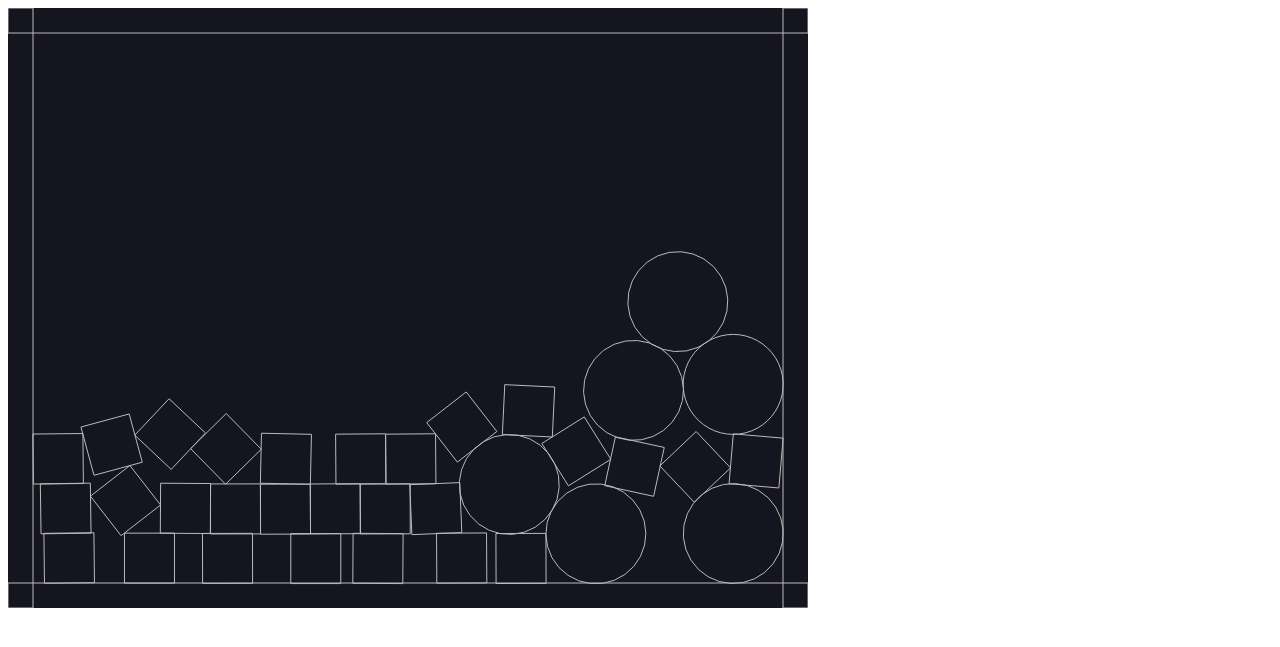
Repository: Sbethm/maze-runner
Page: index.html
An editor plug-in stored every save of this project. The page is shown before and after the next save, followed by the edit.
The browser window is 1280 px wide. The pictures show the whole page.
Some web libraries are served in a nearby version.

Above is the page before, as saved 2021-10-01 16:21:26.

After the next save:
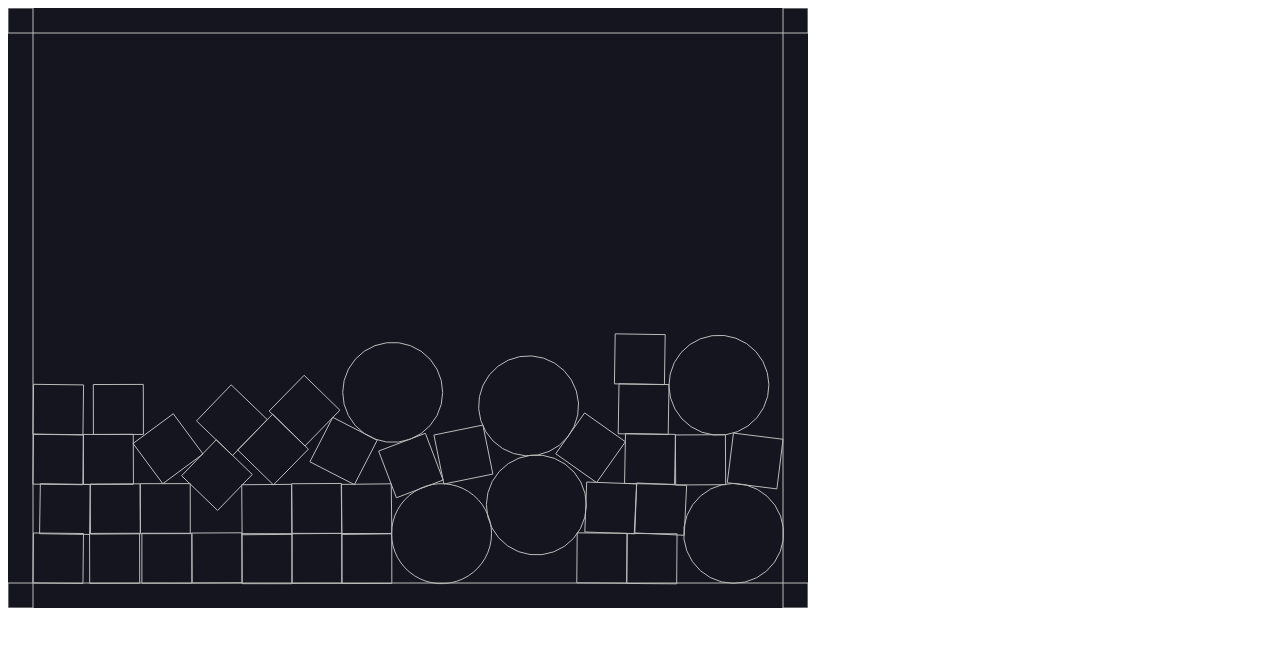
Saved 4 s later.
--- a/app.js
+++ b/app.js
@@ -22,7 +22,7 @@ World.add(world, MouseConstraint.create(engine, {
 
 //====== Random Shapes
 for(let i = 0; i < 20; i++) {
-    World.add(world, Bodies.rectangle(Math.random() , 200, 50, 50));
+    World.add(world, Bodies.rectangle(Math.random() * width, 200, 50, 50));
 }
 
 const shape = [
